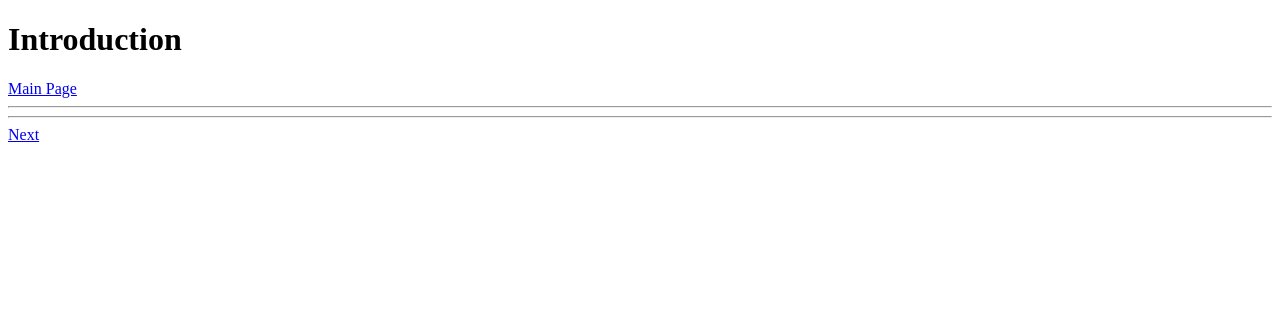
Repository: cjj343/html_resume
Page: introduction.html
The author's editor kept a record of every edit. The page is drawn from the files as they stood at one moment, then again after the next edit.
The browser window is 1280 px wide. The pictures show the whole page.

Above is the page before.

### introduction.html
<!DOCTYPE html>
<html>
    <html lang="en">
<head>
    <meta charset="UTF-8">
    <title>Resume with HTML</title>
</head>
<body>
    <div>
        <h1>Introduction</h1>
        <a href="index.html">Main Page</a>
        <hr>
    </div>

    <div>

    </div>

    <div>
        <hr>
        <a href="at_a_glance.html">Next</a>
    </div>
</body>
</html>

After the next edit:
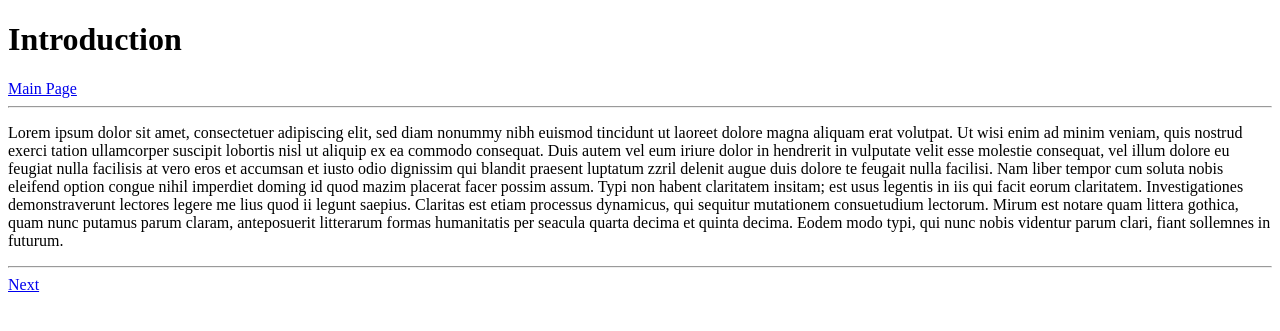
The edit:
--- a/introduction.html
+++ b/introduction.html
@@ -11,7 +11,26 @@
         <a href="index.html">Main Page</a>
         <hr>
     </div>
-
+    <p>Lorem ipsum dolor sit amet, consectetuer adipiscing elit,
+    sed diam nonummy nibh euismod tincidunt ut laoreet dolore
+    magna aliquam erat volutpat. Ut wisi enim ad minim veniam,
+    quis nostrud exerci tation ullamcorper suscipit lobortis nisl
+    ut aliquip ex ea commodo consequat. Duis autem vel eum iriure
+    dolor in hendrerit in vulputate velit esse molestie consequat,
+    vel illum dolore eu feugiat nulla facilisis at vero eros et
+    accumsan et iusto odio dignissim qui blandit praesent luptatum
+    zzril delenit augue duis dolore te feugait nulla facilisi.
+    Nam liber tempor cum soluta nobis eleifend option congue
+    nihil imperdiet doming id quod mazim placerat facer possim
+    assum. Typi non habent claritatem insitam; est usus legentis
+    in iis qui facit eorum claritatem. Investigationes
+    demonstraverunt lectores legere me lius quod ii legunt saepius.
+    Claritas est etiam processus dynamicus, qui sequitur mutationem
+    consuetudium lectorum. Mirum est notare quam littera gothica,
+    quam nunc putamus parum claram, anteposuerit litterarum formas
+    humanitatis per seacula quarta decima et quinta decima. Eodem
+    modo typi, qui nunc nobis videntur parum clari, fiant sollemnes
+    in futurum.</p>
     <div>
 
     </div>
